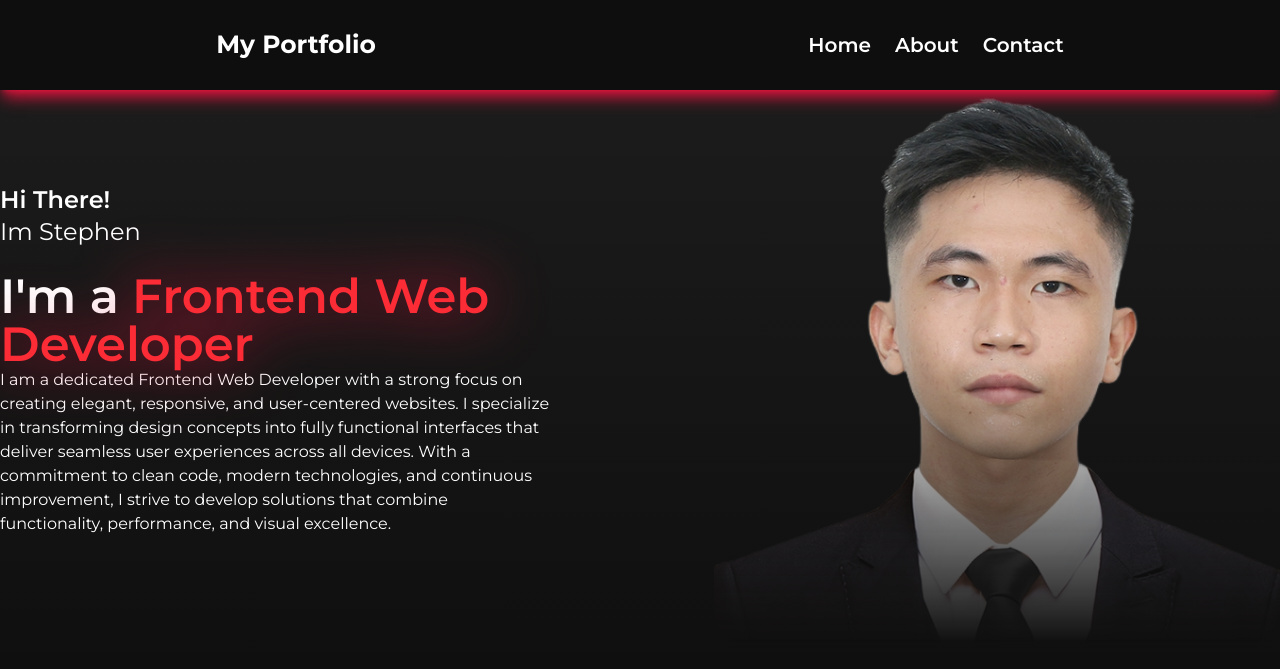
Repository: KaguyaKawaii/portfolio
Page: / (app in frontend/)
These files come from the project's save history. The page is drawn as it stood at one moment and after the next save; the edit follows.
The browser window is 1280 px wide. The pictures show the whole page.
The project was rebuilt for these pictures with package versions that can differ from the ones it lists, and the page was loaded fresh each time. Also part of the build but not shown: frontend/vite.config.js.

Above is the page before, as saved 2025-10-28 00:11:33.

After the next save:
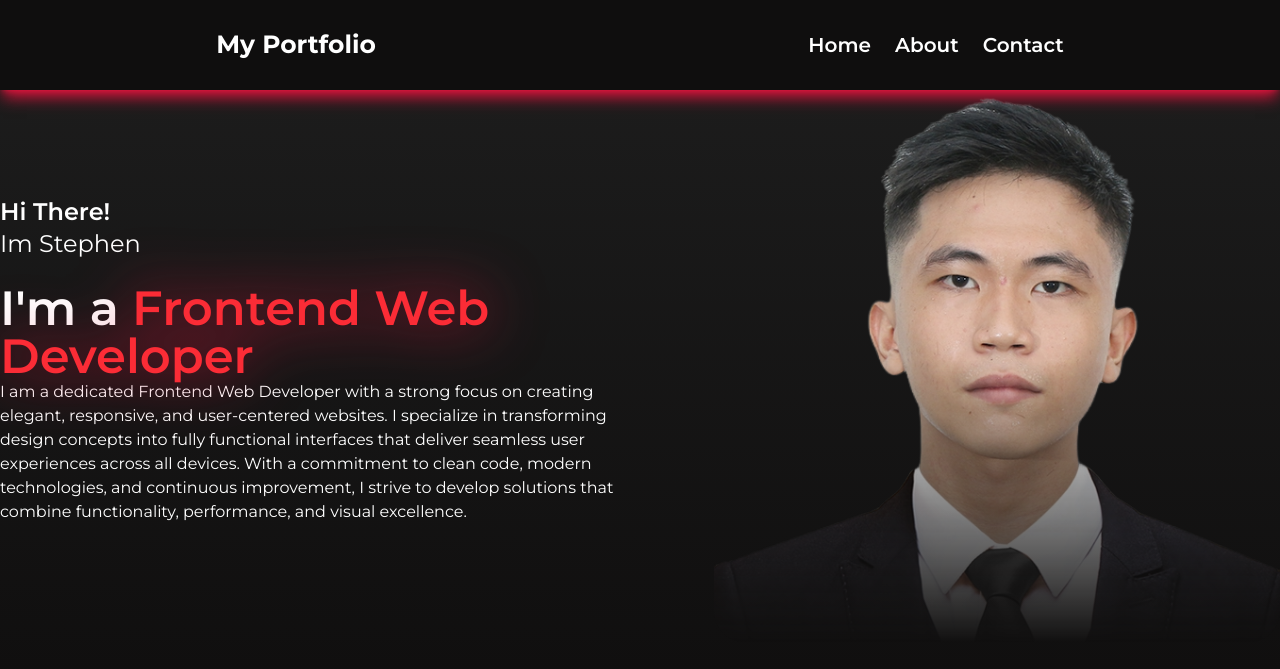
Saved 4 s later.
--- a/frontend/src/App.jsx
+++ b/frontend/src/App.jsx
@@ -26,7 +26,7 @@
             </div>
             <div className='mt-6'>
               <p className='font-semibold text-5xl'>I'm a  <span className="drop-shadow-[0_0_30px_#dc143c] text-red-500">Frontend Web Developer</span></p>
-              <div className='w-[550px]'>
+              <div className='w-[650px]'>
                 <p>I am a dedicated Frontend Web Developer with a strong focus on creating elegant, responsive, and user-centered websites. I specialize in transforming design concepts into fully functional interfaces that deliver seamless user experiences across all devices. With a commitment to clean code, modern technologies, and continuous improvement, I strive to develop solutions that combine functionality, performance, and visual excellence.</p>
               </div>
             </div>
